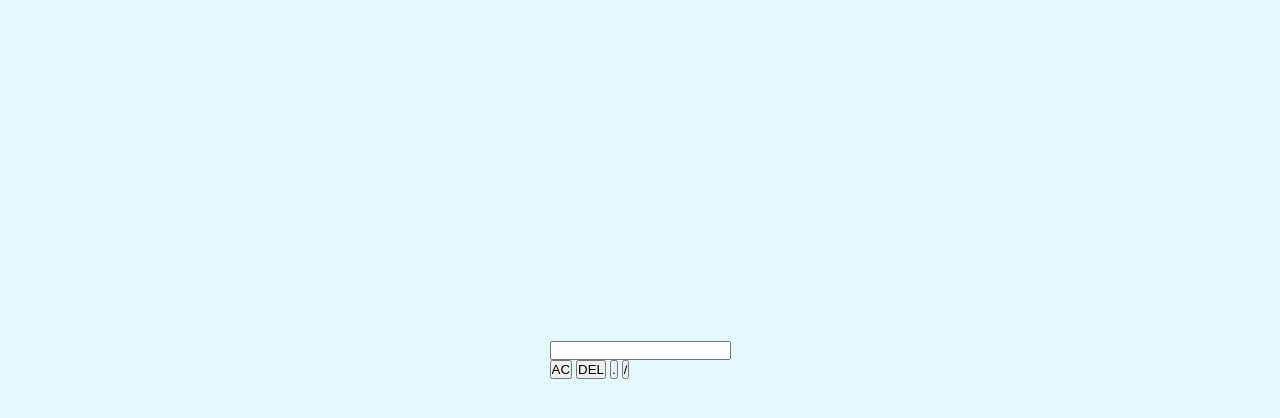
Repository: isaacCodes1/Calculator
Page: index.html
The author's editor kept a copy of each file at every save. The page is drawn from the files as they stood at one save, then again after a run of saves.
The browser window is 1280 px wide. The pictures show the whole page.

Above is the page before, as saved 2024-04-01 18:14:24.

### index.html
<!DOCTYPE html>
<html lang="en">
<head>
    <meta charset="UTF-8">
    <meta name="viewport" content="width=device-width, initial-scale=1.0">
    <title>Calculator with JavaScript.</title>
    <link rel="stylesheet" href="style.css">
</head>
<body>
    <div class="container">
        <div class="calculator">
            <form>
                <div>
                    <input type="text" name="display">
                </div>
                <div>
                    <input type="button" value="AC">
                    <input type="button" value="DEL">
                    <input type="button" value=".">
                    <input type="button" value="/">

                </div>
            </form>
        </div>
    </div>
</body>
</html>

### style.css
*{
    margin: 0;
    padding: 0;
    box-sizing: border-box;
}
.container{
    width:100%;
    height: 100vh;
    background: #e3f9ff;
    display: flex;
    align-items: center;
    justify-content: center;
}
.calculator{
    background: ;
}

After the next 4 saves:
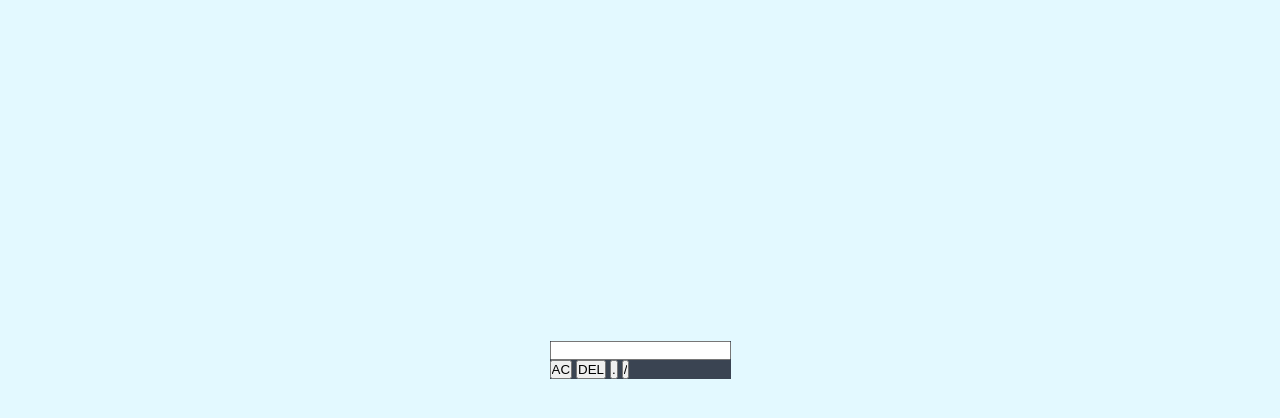
The 4 saves are shown as one change because they came seconds apart.
The last was saved 11 s later.
--- a/style.css
+++ b/style.css
@@ -12,5 +12,5 @@
     justify-content: center;
 }
 .calculator{
-    background: ;
+    background: #3a4452;
 }
